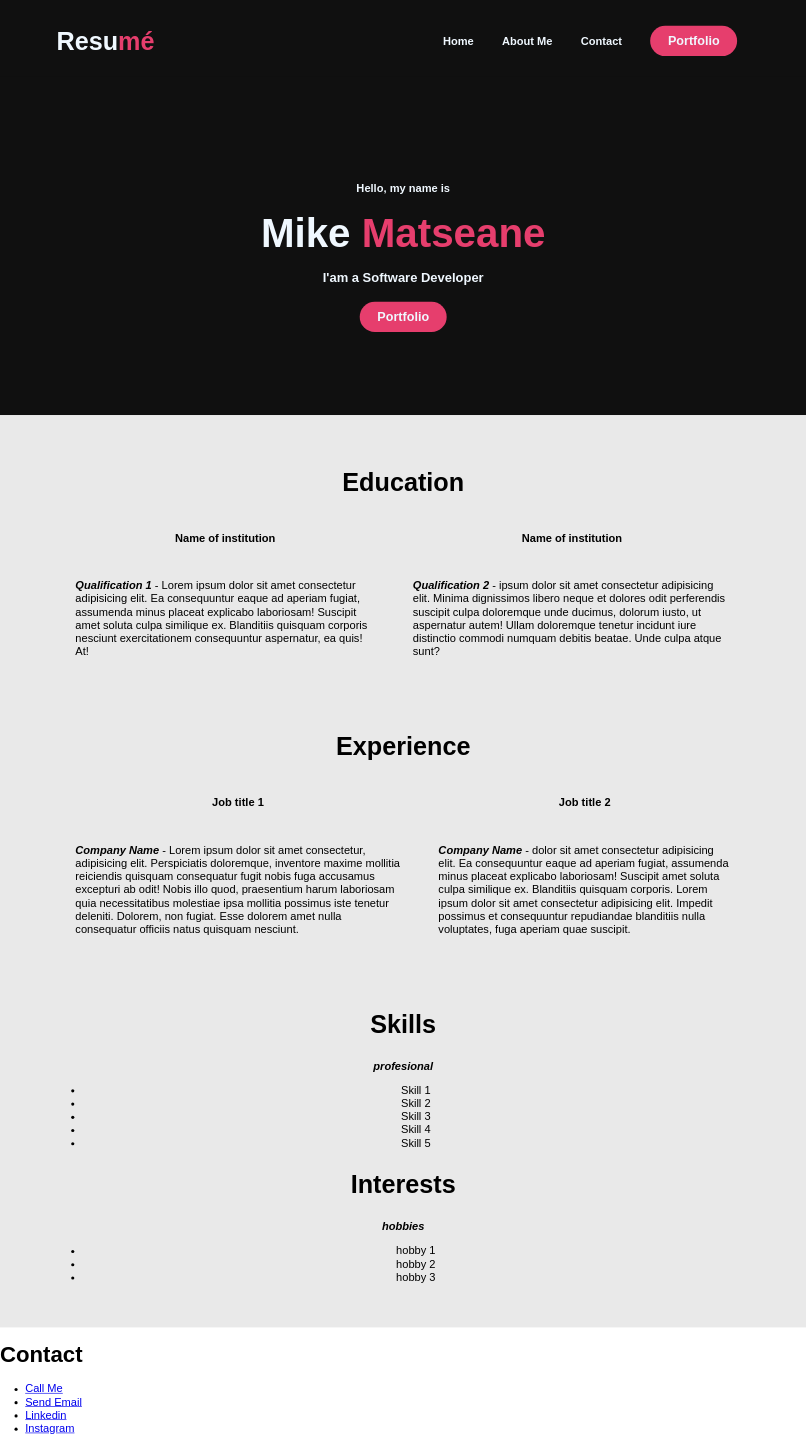
Repository: mikempho/Resume1
Page: resume1.html
The author's editor kept a copy of each file at every save. The page is drawn from the files as they stood at one save, then again after the next save.
The browser window is 1280 px wide. The pictures show the whole page, at 63% of full size.

Above is the page before, as saved 2022-03-29 11:04:14.

### resume1.html
<html lang="en">
<head>
    <meta charset="UTF-8">
    <meta http-equiv="X-UA-Compatible" content="IE=edge">
    <meta name="viewport" content="width=device-width, initial-scale=1.0">
    <link rel="stylesheet" href="./css/stylesheet.css">
    <title>Mike Matseane</title>
</head>
<body>

    <section>

        <div class="hero">
            <!-- Navigation Bar -->
            <nav class="navbar">
                <h2 class="resume-logo">Resu<span>mé</span></h2>
                <ul>
                    <li><a href="resume1.html">Home</a></li>
                    <li><a href="#education">About Me</a></li>
                    <li><a href="#contact-info">Contact</a></li>
                    <li><a href="#"><span class="call-to-action">Portfolio</span></a></li>
                </ul>
            </nav>

            <div class="intro">
                <!-- <img src="" alt="Profile-Img"> -->
                <h4>Hello, my name is </h4>
                <h1 class="name">Mike <span>Matseane</span></h1>
                <h3>I'am a Software Developer</h3>
                <a href="#"><span class="call-to-action">Portfolio</span></a>
            </div>

        </div>

        <main>
            <div class="first-main-section">
                    <!-- Education Section -->

                <div id="education">
                    <h2>Education</h2>
                    <div class="content">
                        <div class="container">
                            <h4>Name of institution</h4>
                            <p><strong><em>Qualification 1</em></strong> - Lorem ipsum dolor sit amet consectetur adipisicing elit. Ea consequuntur eaque ad aperiam fugiat, assumenda minus placeat explicabo laboriosam! Suscipit amet soluta culpa similique ex. Blanditiis quisquam corporis nesciunt exercitationem consequuntur aspernatur, ea quis! At!</p>
                        </div>
                        <div class="container">
                            <h4>Name of institution</h4>
                            <p><strong><em>Qualification 2</em></strong> - ipsum dolor sit amet consectetur adipisicing elit. Minima dignissimos libero neque et dolores odit perferendis suscipit culpa doloremque unde ducimus, dolorum iusto, ut aspernatur autem! Ullam doloremque tenetur incidunt iure distinctio commodi numquam debitis beatae. Unde culpa atque sunt?</p>
                        </div>
                    </div>
                </div>

                <!-- Experience Section-->
                <div id="experience">
                    <h2>Experience</h2>
                    <div class="content">
                        <div class="container">
                            <h4>Job title 1</h4>
                            <p><strong><em>Company Name</em></strong> - Lorem ipsum dolor sit amet consectetur, adipisicing elit. Perspiciatis doloremque, inventore maxime mollitia reiciendis quisquam consequatur fugit nobis fuga accusamus excepturi ab odit! Nobis illo quod, praesentium harum laboriosam quia necessitatibus molestiae ipsa mollitia possimus iste tenetur deleniti. Dolorem, non fugiat. Esse dolorem amet nulla consequatur officiis natus quisquam nesciunt.</p>
                        </div>
                        <div class="container">
                            <h4>Job title 2</h4>
                            <p><strong><em>Company Name</em></strong> - dolor sit amet consectetur adipisicing elit. Ea consequuntur eaque ad aperiam fugiat, assumenda minus placeat explicabo laboriosam! Suscipit amet soluta culpa similique ex. Blanditiis quisquam corporis. Lorem ipsum dolor sit amet consectetur adipisicing elit. Impedit possimus et consequuntur repudiandae blanditiis nulla voluptates, fuga aperiam quae suscipit.</p>
                        </div>
                    </div>
                </div>
            </div>
            <div class="second-main-section">
                <!-- Skills Section -->
                <div id="skills">
                    <h2>Skills</h2>
                    <div>
                        <p><strong><em>profesional</em></strong></p>
                        <ul>
                            <li>Skill 1</li>
                            <li>Skill 2</li>
                            <li>Skill 3</li>
                            <li>Skill 4</li>
                            <li>Skill 5</li>
                        </ul>
                    </div>
                </div>
                <div id="interests">
                    <h2>Interests</h2>
                    <div>
                        <p><strong><em>hobbies</em></strong></p>
                        <ul>
                            <li>hobby 1</li>
                            <li>hobby 2</li>
                            <li>hobby 3</li>
                        </ul>
                    </div>
                </div>
            </div>

        </main>
    </section>


    <!-- Footer Section -->
    <footer>
        <div id="contact-info">
            <h1>Contact</h1>
            <ul>
                <!-- target(_blank) = New Tab -->
                <!-- Call Me -->
                <li><a href="tel:0681454887" target="_blank">Call Me</a></li>

                <!-- Send Email -->
                <li><a href="mailto:mikempho03@gmail.com" target="_blank">Send Email</a></li>

                <!-- Linkedin (Socials) -->
                <li><a href="https://www.linkedin.com/feed/" target="_blank">Linkedin</a></li>

                <!-- Instagram -->
                <li><a href="https://www.instagram.com/mike_mx.sa/tagged/" target="_blank">Instagram</a></li>
            </ul>
        </div>

    </footer>
</body>
</html>

### css/stylesheet.css
body{
  font-family:Arial, Helvetica, sans-serif;
  font-size:110%;
  margin: 0;
}

h2 {
  font-size: 2.5rem;
}
/* Hero Section */

.hero {
  background-color: #101010;
  color: aliceblue;
  text-align: center;
}

span {
  color: E63E6D;
}

.resume-logo {
  font-size: 2.5rem;
  cursor: pointer;
}
.navbar {
  /* position: fixed; */
  display: flex;
  align-items: center;
  justify-content: space-between;
  padding-top: 10px;
  padding-left:7%;
  padding-right:7%;
  background-color: #101010;
  /* width: 100%; */
}

nav ul li{
  list-style: none;
  display: inline;
  padding: 0 20px;
  font-weight: 600;
  font-size:1.1rem;
}

nav ul li a {
  text-decoration: none;
  color: aliceblue;
}

.call-to-action {
  padding: 10px 25px;
  color: aliceblue;
  font-size: 20px;
  border: solid transparent;
  background-color:E63E6D;
  border-radius: 80px;
}

nav ul li a:hover {
  color: E63E6D;
  transition: 0.7s;
}

.call-to-action:hover {
  background-color: #101010;
  border-color: white;
  transition: 0.5s;
}

.intro {
  padding: 9rem 0;
}

.name {
  font-size: 4rem;
  margin: 0;
}

.intro a{
  text-decoration: none;
  font-weight: 600;
}

.intro h3 {
  margin-bottom: 40px;
}

/* Main Section  */

main {
  text-align: center;
  padding: 4% 7%;
  background-color: #e9e9e9;
}

.content {
  display: flex;
}

.content p {
  text-align: left;
  padding: 30px;
}

#education, #experience {
  margin-bottom: 70px;

}

After the next save:
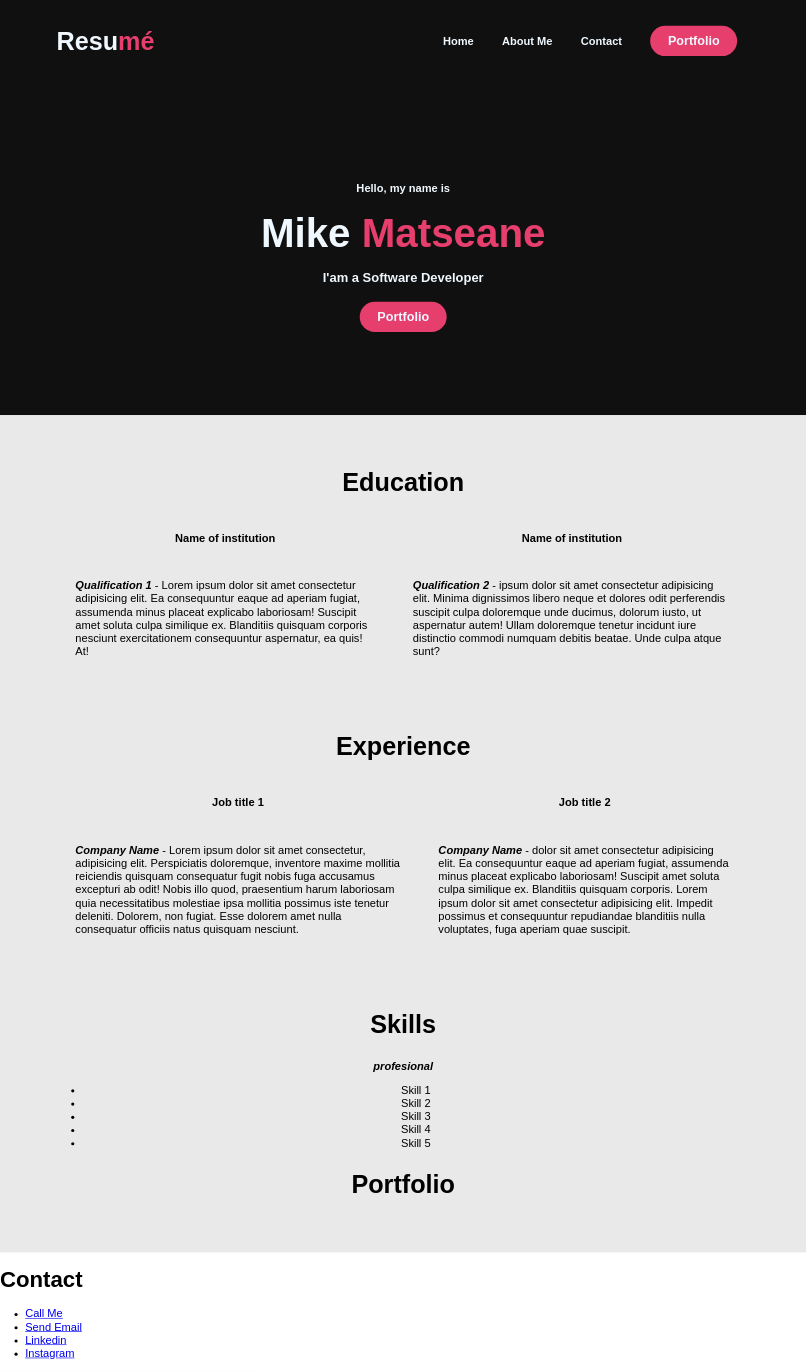
Saved 3 min 4 s later.
--- a/resume1.html
+++ b/resume1.html
@@ -80,15 +80,10 @@
                         </ul>
                     </div>
                 </div>
-                <div id="interests">
-                    <h2>Interests</h2>
+                <div id="portfolio">
+                    <h2>Portfolio</h2>
                     <div>
-                        <p><strong><em>hobbies</em></strong></p>
-                        <ul>
-                            <li>hobby 1</li>
-                            <li>hobby 2</li>
-                            <li>hobby 3</li>
-                        </ul>
+
                     </div>
                 </div>
             </div>
